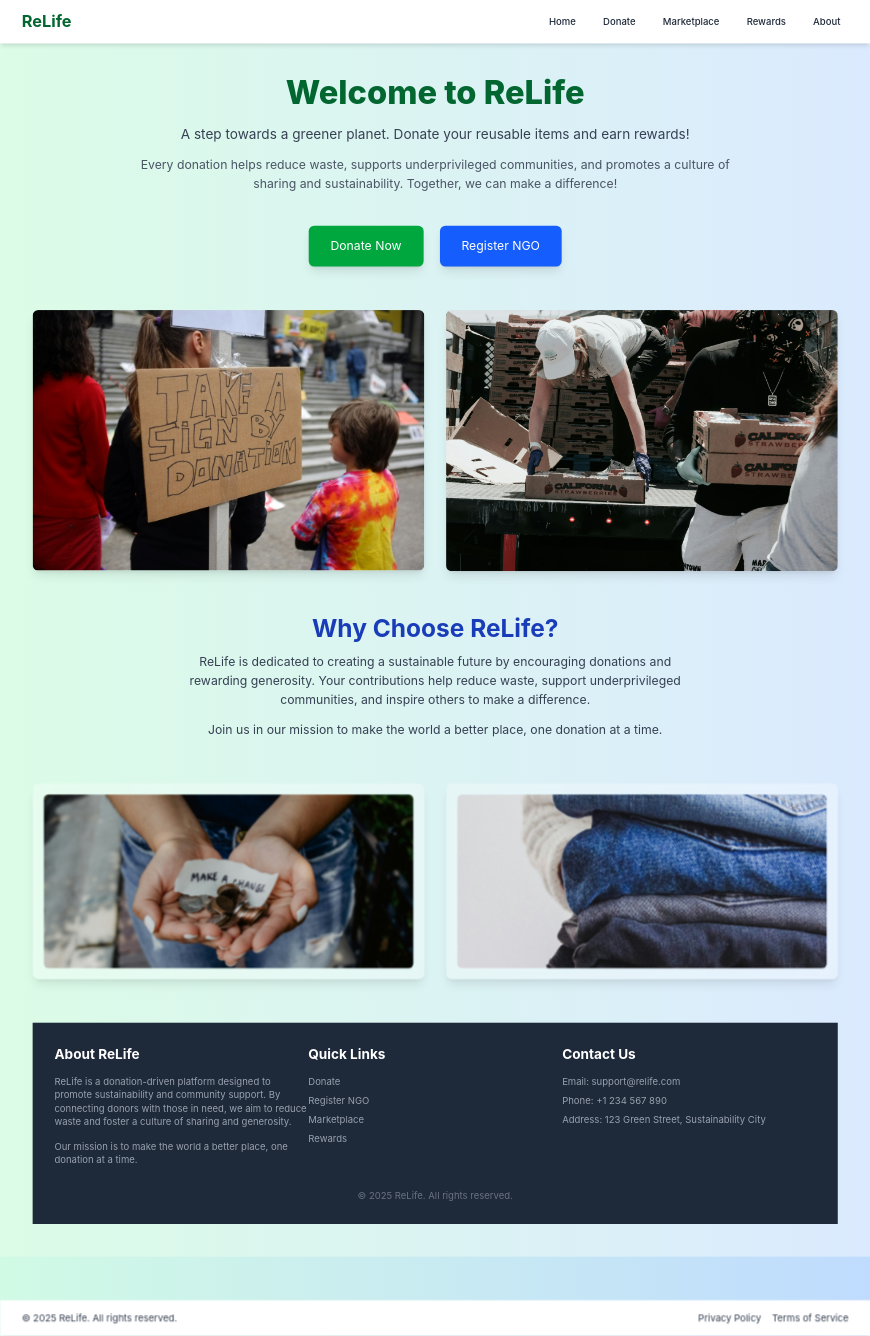
Repository: Harsh-verma24/edonation-drive
Page: / (app in frontend/)
The author's editor kept a copy of each file at every save. The page is drawn from the files as they stood at one save, then again after the next save.
The browser window is 1280 px wide. The pictures show the whole page, at 68% of full size.
The project was rebuilt for these pictures with package versions that can differ from the ones it lists, and the page was loaded fresh each time. Also part of the build but not shown: frontend/vite.config.js, frontend/src/utils/axiosInstance.js, frontend/src/pages/Donate.jsx, frontend/src/pages/Rewards.jsx, frontend/src/pages/Marketplace.jsx, frontend/src/pages/About.jsx.

Above is the page before, as saved 2025-10-15 22:46:21.

### frontend/src/main.jsx
import { StrictMode } from 'react'
import { createRoot } from 'react-dom/client'
import './index.css'
import App from './App.jsx'
import { createBrowserRouter, RouterProvider } from 'react-router-dom';
import Navbar from './components/Navbar';
import Home from './pages/Home';
import Donate from './pages/Donate';
import Rewards from './pages/Rewards';
import Marketplace from './pages/Marketplace';
import About from './pages/About';

const router = createBrowserRouter([
  {
    path: '/',
    element: <App />, // Wrap all routes with App to include Navbar and Footer
    children: [
      { path: '/', element: <Home /> },
      { path: '/donate', element: <Donate /> },
      { path: '/rewards', element: <Rewards /> },
      { path: '/marketplace', element: <Marketplace /> },
      { path: '/about', element: <About /> }, // Add route for About page
    ],
  },
]);

createRoot(document.getElementById('root')).render(
  <StrictMode>
    <RouterProvider router={router} />
  </StrictMode>,
)

### frontend/src/index.css
@import "tailwindcss";

@layer base {
  :root {
    --primary-color: #16a34a; /* Green */
    --secondary-color: #2563eb; /* Blue */
    --background-gradient: linear-gradient(to right, #d1fae5, #bfdbfe);
    --text-color: #374151; /* Gray */
  }
}

body {
  background: var(--background-gradient);
  color: var(--text-color);
  font-family: 'Inter', sans-serif;
}

### frontend/src/App.jsx
import React from 'react';
import Navbar from './components/Navbar';
import Footer from './components/Footer';
import { Outlet } from 'react-router-dom';

function App() {
  return (
    <div className="relative min-h-screen">
      <Navbar />
      <main className="pt-16 pb-16">{/* Adjust padding to account for fixed Navbar and Footer */}
        <Outlet />
      </main>
      <Footer />
    </div>
  );
}

export default App;

### frontend/src/components/Navbar.jsx
import React, { useState } from 'react';
import { Menu, X } from 'lucide-react';

const Navbar = () => {
  const [isOpen, setIsOpen] = useState(false);

  const toggleDrawer = () => {
    setIsOpen(!isOpen);
  };

  return (
    <nav className="bg-white bg-opacity-30 backdrop-blur-md shadow-md fixed top-0 left-0 w-full z-50">
      <div className="max-w-7xl mx-auto px-4 sm:px-6 lg:px-8">
        <div className="flex items-center justify-between h-16">
          <div className="flex-shrink-0">
            <a href="/" className="text-2xl font-bold text-green-800">ReLife</a>
          </div>
          <div className="md:hidden">
            <button onClick={toggleDrawer} className="text-gray-800 hover:text-green-600 focus:outline-none">
              {isOpen ? <X size={24} /> : <Menu size={24} />}
            </button>
          </div>
          <div className={`md:flex md:items-center md:space-x-4 ${isOpen ? 'block' : 'hidden'} absolute md:static top-16 left-0 w-full md:w-auto bg-white md:bg-transparent shadow-md md:shadow-none`}>
            <a href="/" className="block text-gray-800 hover:text-green-600 px-3 py-2 rounded-md text-sm font-medium">Home</a>
            <a href="/donate" className="block text-gray-800 hover:text-green-600 px-3 py-2 rounded-md text-sm font-medium">Donate</a>
            <a href="/marketplace" className="block text-gray-800 hover:text-green-600 px-3 py-2 rounded-md text-sm font-medium">Marketplace</a>
            <a href="/rewards" className="block text-gray-800 hover:text-green-600 px-3 py-2 rounded-md text-sm font-medium">Rewards</a>
            <a href="/about" className="block text-gray-800 hover:text-green-600 px-3 py-2 rounded-md text-sm font-medium">About</a>
          </div>
        </div>
      </div>
    </nav>
  );
};

export default Navbar;

### frontend/src/pages/Home.jsx
import React from 'react';

const Home = () => {
  return (
    <div className="p-12 bg-gradient-to-r from-green-100 to-blue-100 min-h-screen">
      <div className="text-center max-w-4xl mx-auto">
        <h1 className="text-5xl font-extrabold text-green-800">Welcome to ReLife</h1>
        <p className="mt-6 text-gray-700 text-xl">A step towards a greener planet. Donate your reusable items and earn rewards!</p>
        <p className="mt-4 text-gray-600 text-lg">Every donation helps reduce waste, supports underprivileged communities, and promotes a culture of sharing and sustainability. Together, we can make a difference!</p>
        <div className="mt-12 flex justify-center space-x-6">
          <a
            href="/donate"
            className="bg-green-600 text-white px-8 py-4 rounded-lg shadow-lg hover:bg-green-700 text-lg"
          >
            Donate Now
          </a>
          <a
            href="/register-ngo"
            className="bg-blue-600 text-white px-8 py-4 rounded-lg shadow-lg hover:bg-blue-700 text-lg"
          >
            Register NGO
          </a>
        </div>
      </div>
      <div className="mt-16 grid grid-cols-1 md:grid-cols-2 gap-8">
        <img
          src="/Hero-1.jpg"
          alt="Hero Image 1"
          className="rounded-lg shadow-lg"
        />
        <img
          src="/Hero-2.jpg"
          alt="Hero Image 2"
          className="rounded-lg shadow-lg"
        />
      </div>
      <div className="mt-16 text-center max-w-3xl mx-auto">
        <h2 className="text-4xl font-bold text-blue-800">Why Choose ReLife?</h2>
        <p className="mt-4 text-gray-700 text-lg">ReLife is dedicated to creating a sustainable future by encouraging donations and rewarding generosity. Your contributions help reduce waste, support underprivileged communities, and inspire others to make a difference.</p>
        <p className="mt-4 text-gray-700 text-lg">Join us in our mission to make the world a better place, one donation at a time.</p>
      </div>
      <div className="mt-16 grid grid-cols-1 md:grid-cols-2 gap-8">
        <div className="relative rounded-lg shadow-lg bg-white/30 backdrop-blur-md p-4">
          <img
            src="/katt-yukawa-K0E6E0a0R3A-unsplash.jpg"
            alt="Make a Change"
            className="rounded-lg w-full h-64 object-cover"
          />
        </div>
        <div className="relative rounded-lg shadow-lg bg-white/30 backdrop-blur-md p-4">
          <img
            src="/maude-frederique-lavoie-EDSTj4kCUcw-unsplash.jpg"
            alt="Blue and White Textile"
            className="rounded-lg w-full h-64 object-cover"
          />
        </div>
      </div>
      <footer className="bg-gray-800 text-white py-8 mt-16">
        <div className="max-w-6xl mx-auto px-4">
          <div className="flex flex-wrap justify-between">
            <div className="w-full md:w-1/3 mb-6 md:mb-0">
              <h3 className="text-xl font-bold">About ReLife</h3>
              <p className="mt-4 text-gray-400 text-sm">ReLife is a donation-driven platform designed to promote sustainability and community support. By connecting donors with those in need, we aim to reduce waste and foster a culture of sharing and generosity.</p>
              <p className="mt-4 text-gray-400 text-sm">Our mission is to make the world a better place, one donation at a time.</p>
            </div>
            <div className="w-full md:w-1/3 mb-6 md:mb-0">
              <h3 className="text-xl font-bold">Quick Links</h3>
              <ul className="mt-4 text-gray-400 text-sm space-y-2">
                <li><a href="/donate" className="hover:text-white">Donate</a></li>
                <li><a href="/register-ngo" className="hover:text-white">Register NGO</a></li>
                <li><a href="/marketplace" className="hover:text-white">Marketplace</a></li>
                <li><a href="/rewards" className="hover:text-white">Rewards</a></li>
              </ul>
            </div>
            <div className="w-full md:w-1/3">
              <h3 className="text-xl font-bold">Contact Us</h3>
              <p className="mt-4 text-gray-400 text-sm">Email: support@relife.com</p>
              <p className="mt-2 text-gray-400 text-sm">Phone: +1 234 567 890</p>
              <p className="mt-2 text-gray-400 text-sm">Address: 123 Green Street, Sustainability City</p>
            </div>
          </div>
          <div className="mt-8 text-center text-gray-500 text-sm">
            &copy; 2025 ReLife. All rights reserved.
          </div>
        </div>
      </footer>
    </div>
  );
};

export default Home;

### frontend/src/components/Footer.jsx
import React from 'react';

const Footer = () => {
  return (
    <footer className="bg-white bg-opacity-30 backdrop-blur-md shadow-md relative bottom-0 left-0 w-full">
      <div className="max-w-7xl mx-auto px-4 sm:px-6 lg:px-8 py-4">
        <div className="flex justify-between items-center">
          <p className="text-gray-700 text-sm">&copy; 2025 ReLife. All rights reserved.</p>
          <div className="flex space-x-4">
            <a href="#" className="text-gray-700 hover:text-green-600 text-sm">Privacy Policy</a>
            <a href="#" className="text-gray-700 hover:text-green-600 text-sm">Terms of Service</a>
          </div>
        </div>
      </div>
    </footer>
  );
};

export default Footer;

Loaded but not shown: frontend/index.html (common file)

After the next save:
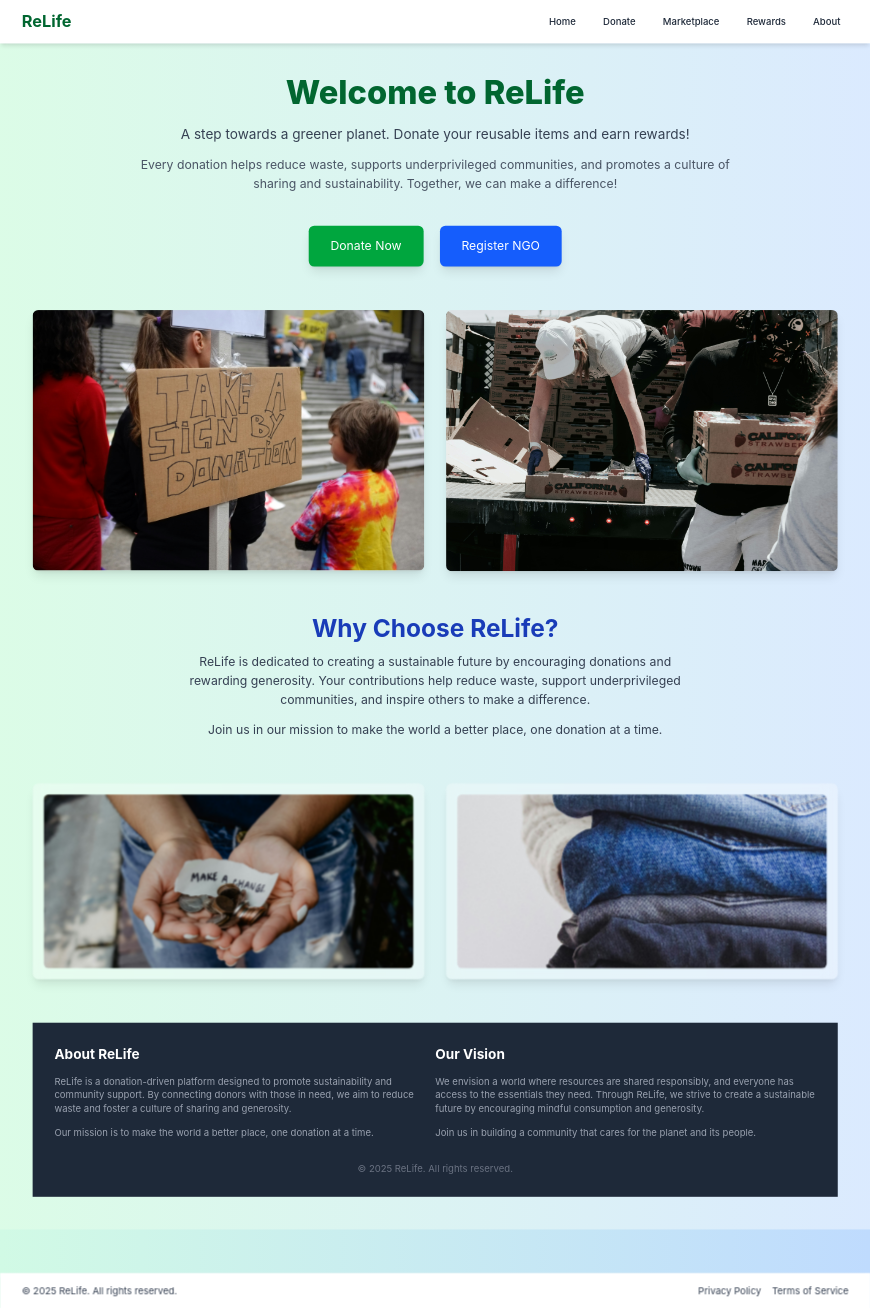
Saved 24 s later.
--- a/frontend/src/pages/Home.jsx
+++ b/frontend/src/pages/Home.jsx
@@ -58,25 +58,15 @@ const Home = () => {
       <footer className="bg-gray-800 text-white py-8 mt-16">
         <div className="max-w-6xl mx-auto px-4">
           <div className="flex flex-wrap justify-between">
-            <div className="w-full md:w-1/3 mb-6 md:mb-0">
+            <div className="w-full md:w-1/2 mb-6 md:mb-0">
               <h3 className="text-xl font-bold">About ReLife</h3>
               <p className="mt-4 text-gray-400 text-sm">ReLife is a donation-driven platform designed to promote sustainability and community support. By connecting donors with those in need, we aim to reduce waste and foster a culture of sharing and generosity.</p>
               <p className="mt-4 text-gray-400 text-sm">Our mission is to make the world a better place, one donation at a time.</p>
             </div>
-            <div className="w-full md:w-1/3 mb-6 md:mb-0">
-              <h3 className="text-xl font-bold">Quick Links</h3>
-              <ul className="mt-4 text-gray-400 text-sm space-y-2">
-                <li><a href="/donate" className="hover:text-white">Donate</a></li>
-                <li><a href="/register-ngo" className="hover:text-white">Register NGO</a></li>
-                <li><a href="/marketplace" className="hover:text-white">Marketplace</a></li>
-                <li><a href="/rewards" className="hover:text-white">Rewards</a></li>
-              </ul>
-            </div>
-            <div className="w-full md:w-1/3">
-              <h3 className="text-xl font-bold">Contact Us</h3>
-              <p className="mt-4 text-gray-400 text-sm">Email: support@relife.com</p>
-              <p className="mt-2 text-gray-400 text-sm">Phone: +1 234 567 890</p>
-              <p className="mt-2 text-gray-400 text-sm">Address: 123 Green Street, Sustainability City</p>
+            <div className="w-full md:w-1/2">
+              <h3 className="text-xl font-bold">Our Vision</h3>
+              <p className="mt-4 text-gray-400 text-sm">We envision a world where resources are shared responsibly, and everyone has access to the essentials they need. Through ReLife, we strive to create a sustainable future by encouraging mindful consumption and generosity.</p>
+              <p className="mt-4 text-gray-400 text-sm">Join us in building a community that cares for the planet and its people.</p>
             </div>
           </div>
           <div className="mt-8 text-center text-gray-500 text-sm">
